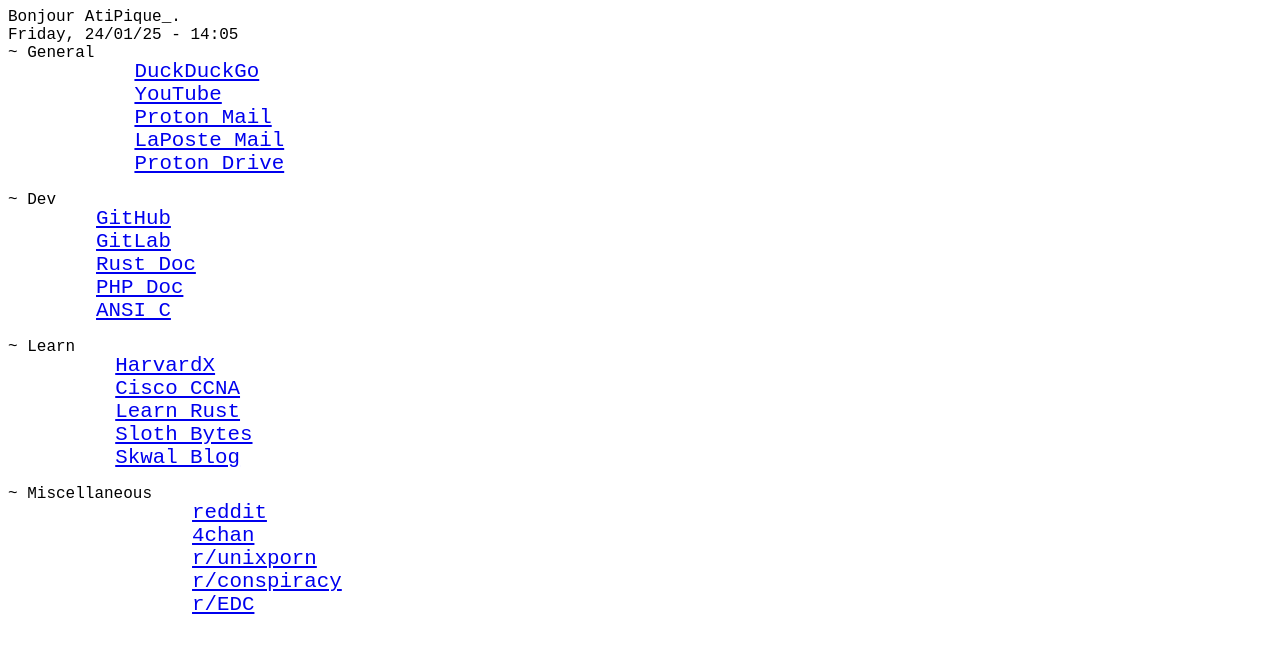
Repository: AtiPiquee/HyprDots
Page: Dev/mystartpage/index.html
The author's editor kept a copy of each file at every save. The page is drawn from the files as they stood at one save, then again after the next save.
The browser window is 1280 px wide. The pictures show the whole page.
Some web fonts or font styles are not loaded; a fallback is used.

Above is the page before, as saved 2025-02-14 04:12:28.

After the next save:
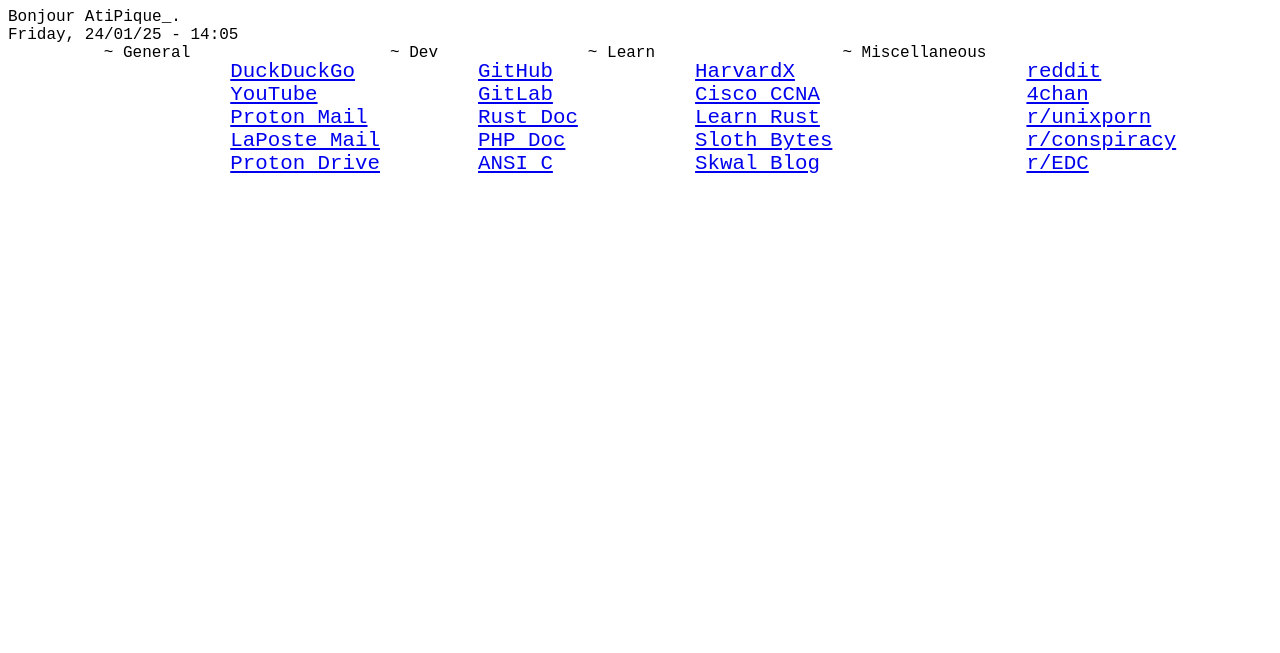
Saved 4 s later.
--- a/Dev/mystartpage/index.html
+++ b/Dev/mystartpage/index.html
@@ -12,7 +12,7 @@
       <div id="greeting">Bonjour AtiPique_.</div>
       <div id="date"></div>
 
-      <div id="urls" class="links">
+      <div id="urls" class="urls">
         <div class="url">
           <div class="header">~ General</div>
           <ul>
